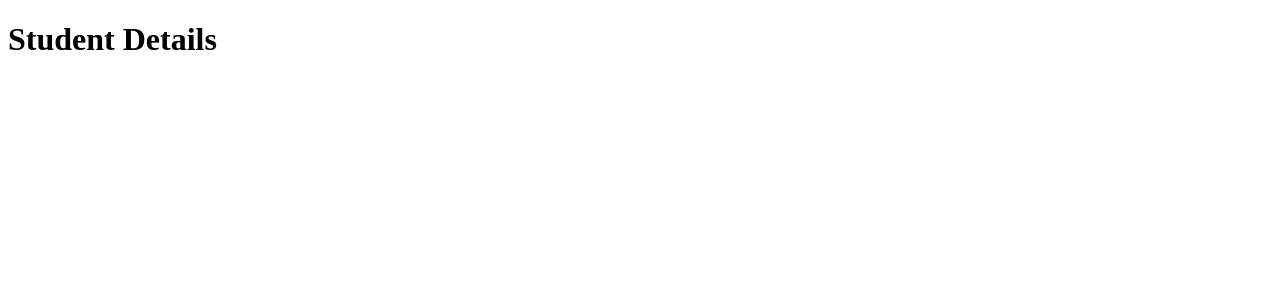
Repository: Chintan-elite/Java_Shail
Page: Learning_web/src/main/webapp/Table.html
The author's editor kept a copy of each file at every save. The page is drawn from the files as they stood at one save, then again after the next save.
The browser window is 1280 px wide. The pictures show the whole page.

Above is the page before, as saved 2023-09-08 12:24:05.

### Learning_web/src/main/webapp/Table.html
<!DOCTYPE html>
<html>
<head>
<meta charset="ISO-8859-1">
<title>Insert title here</title>
</head>
<body>
		<h1>Student Details</h1>
</body>
</html>

After the next save:
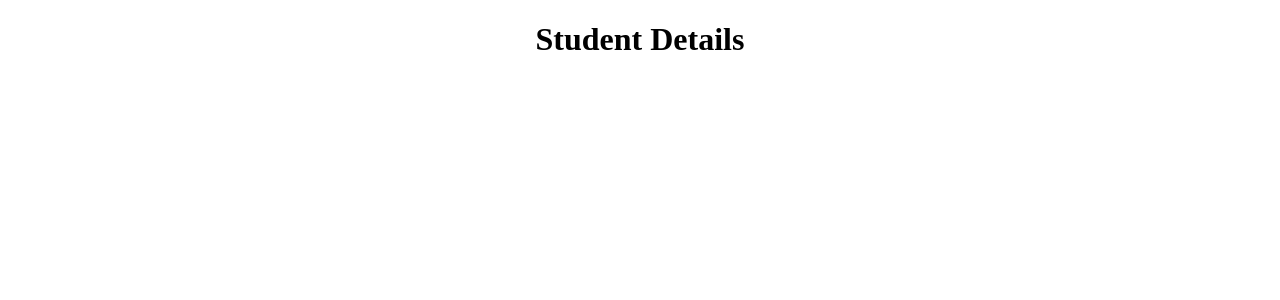
Saved 19 s later.
--- a/Learning_web/src/main/webapp/Table.html
+++ b/Learning_web/src/main/webapp/Table.html
@@ -5,6 +5,6 @@
 <title>Insert title here</title>
 </head>
 <body>
-		<h1>Student Details</h1>
+		<h1 align="center">Student Details</h1>
 </body>
 </html>
